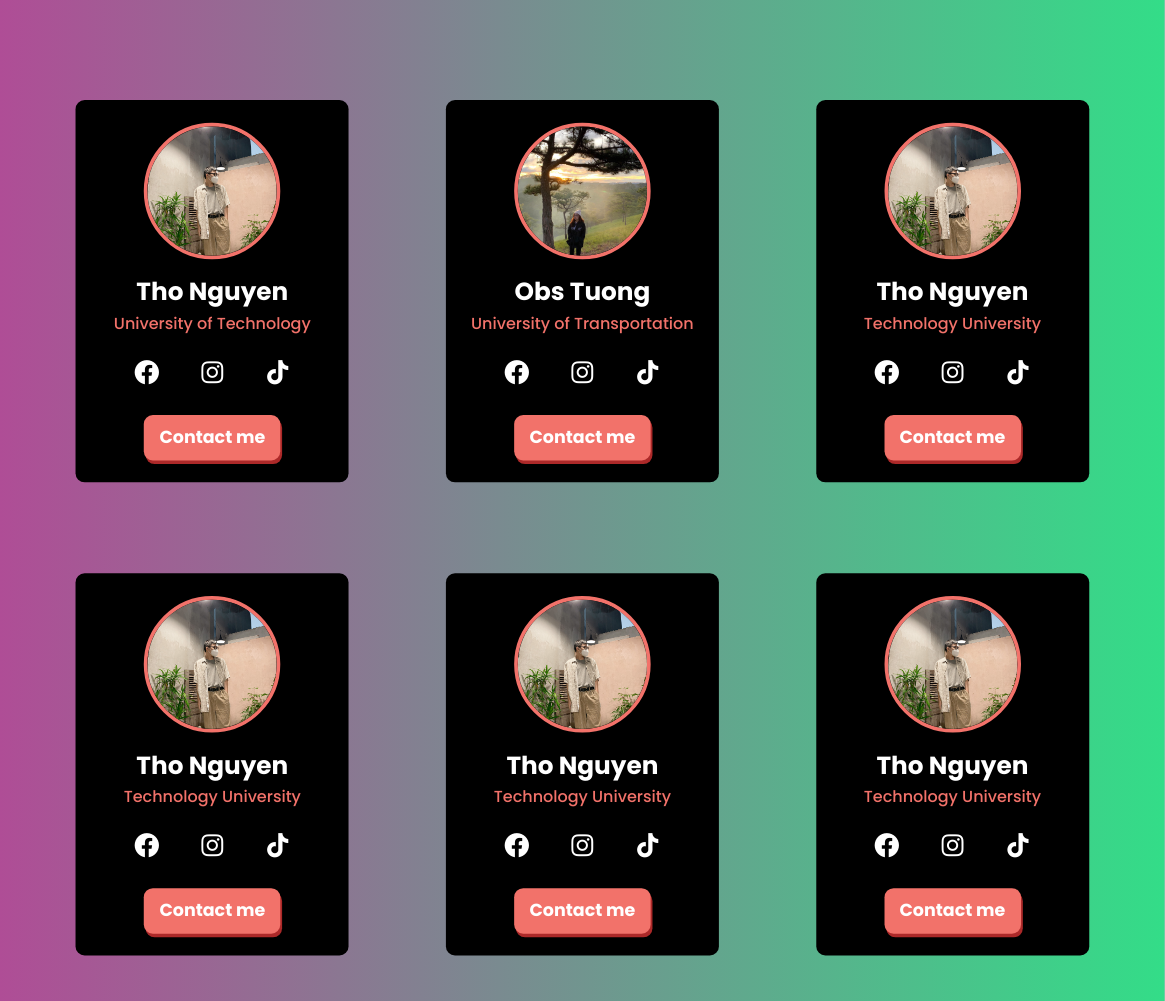
Repository: lausamtuong/profileCard
Page: index.html
An editor plug-in stored every save of this project. The page is shown before and after the next save, followed by the edit.
The browser window is 1280 px wide. The pictures show the whole page, at 91% of full size.
The style sheet was rebuilt from its Sass, Less or Tailwind sources for each picture, by a compiler version that may differ from the author's.

Above is the page before, as saved 2021-12-14 18:35:35.

### index.html
<!DOCTYPE html>
<html lang="en">
<head>
    <meta charset="UTF-8">
    <meta http-equiv="X-UA-Compatible" content="IE=edge">
    <meta name="viewport" content="width=device-width, initial-scale=1.0">
    <link rel="stylesheet" href="style.css">
    <link href="https://fonts.googleapis.com/css2?family=Lato:ital,wght@1,700;1,900&family=Poppins:wght@400;500;700&display=swap" rel="stylesheet">
    <link href='https://unpkg.com/boxicons@2.1.1/css/boxicons.min.css' rel='stylesheet'>

    <title>Document</title>
</head>
<body background="snow.jpg">
    <div class="card__list">
        <div class="card__item">

            <div class="card__image">
                <img src="tho.jpg" alt="">
            </div>
            <div class="card__name">Tho Nguyen</div>
            <div class="card__school">University of Technology </div>
            <div class="card__social">
                <a href="https://www.facebook.com/profile.php?id=100013469562736">
                    <i class='bx bxl-facebook-circle'></i>
                </a>
                <a href="https://www.instagram.com/huutho_0809/"> <i class='bx bxl-instagram' ></i></a>
                <a href="https://www.tiktok.com/@05ulu05?"> <i class='bx bxl-tiktok'></i></a>

            </div>
            <div class="card__btn">Contact me</div>
        </div>
        <div class="card__item">

            <div class="card__image">
                <img src="uyen.jpg" alt="">
            </div>
            <div class="card__name">Obs Tuong</div>
            <div class="card__school">University of Transportation </div>
            <div class="card__social">
                <a href="https://www.facebook.com/minhuyen.truong.75">
                    <i class='bx bxl-facebook-circle'></i>
                </a>
                <a href="https://www.instagram.com/minh_ieng/"> <i class='bx bxl-instagram' ></i></a>
                <a href="https://www.tiktok.com/@05ulu05?"> <i class='bx bxl-tiktok'></i></a>

            </div>
            <div class="card__btn">Contact me</div>
        </div>
        <div class="card__item">

            <div class="card__image">
                <img src="tho.jpg" alt="">
            </div>
            <div class="card__name">Tho Nguyen</div>
            <div class="card__school">Technology University</div>
            <div class="card__social">
                <a href="https://www.facebook.com/profile.php?id=100013469562736">
                    <i class='bx bxl-facebook-circle'></i>
                </a>
                <a href=""> <i class='bx bxl-instagram' ></i></a>
                <a href=""> <i class='bx bxl-tiktok'></i></a>

            </div>
            <div class="card__btn">Contact me</div>
        </div>
        <div class="card__item">

            <div class="card__image">
                <img src="tho.jpg" alt="">
            </div>
            <div class="card__name">Tho Nguyen</div>
            <div class="card__school">Technology University</div>
            <div class="card__social">
                <a href="https://www.facebook.com/profile.php?id=100013469562736">
                    <i class='bx bxl-facebook-circle'></i>
                </a>
                <a href=""> <i class='bx bxl-instagram' ></i></a>
                <a href=""> <i class='bx bxl-tiktok'></i></a>

            </div>
            <div class="card__btn">Contact me</div>
        </div>
        <div class="card__item">

            <div class="card__image">
                <img src="tho.jpg" alt="">
            </div>
            <div class="card__name">Tho Nguyen</div>
            <div class="card__school">Technology University</div>
            <div class="card__social">
                <a href="https://www.facebook.com/profile.php?id=100013469562736">
                    <i class='bx bxl-facebook-circle'></i>
                </a>
                <a href=""> <i class='bx bxl-instagram' ></i></a>
                <a href=""> <i class='bx bxl-tiktok'></i></a>

            </div>
            <div class="card__btn">Contact me</div>
        </div>
        <div class="card__item">

            <div class="card__image">
                <img src="tho.jpg" alt="">
            </div>
            <div class="card__name">Tho Nguyen</div>
            <div class="card__school">Technology University</div>
            <div class="card__social">
                <a href="https://www.facebook.com/profile.php?id=100013469562736">
                    <i class='bx bxl-facebook-circle'></i>
                </a>
                <a href=""> <i class='bx bxl-instagram' ></i></a>
                <a href=""> <i class='bx bxl-tiktok'></i></a>

            </div>
            <div class="card__btn">Contact me</div>
        </div>


    </div>
</body>
</html>

### style.scss
*{
    margin: 0;
    padding: 0;
    box-sizing: border-box;
}
html{
    font-family: 'Poppins', sans-serif;
}
:root {
    --pink-color: #f2726a;
  }
body{
    height: 100vh;
    background-image: linear-gradient(to right, #af4d96, #3d8);
}
.card{

    &__list{
        margin: 120px auto;
      display: flex;
      flex-wrap: wrap;
      justify-content: space-around;
      margin: 60px 30px;

    }
    &__item{
        width:300px;
        height:420px;
        background-color: #000;
        margin: 50px 20px;
        border-radius: 10px;
    }
    &__image{
        width: 150px;
        height: 150px;
        overflow: hidden;
        transition: 0.25s;
        margin: 0 auto;
        transform: translateY(25px);
        border-radius: 50%;
        border: 4px solid var(--pink-color);

        cursor: pointer;
        &:hover{
            width: 100%;
            height: 100%;
            border-radius: unset;
            border: unset;
            transform: unset;
           img{
               border-radius: 10px;
           }
             }
        }
      &__name{
          color:#fff;
          font-weight: 700;
          font-size: 1.7rem;
          text-align: center;
          margin-top: 40px;
      }
      &__school{
          font-weight: 500;
          font-size: 1.1rem;
          text-align: center;
          color:var(--pink-color)
      }
      &__social{

          font-size: 2rem;
          display:flex;
          justify-content: center;
          margin:20px;
          a{
              margin: 0 20px;
              color:#fff;
          }
      }
      &__btn{
          width:150px;
          height: 50px;

          background-color:var(--pink-color);
          border-radius: 10px;
          margin:0 auto;
          margin-top: 20px;
          font-weight: 700;
          font-size: 1.2rem;
          text-align: center;
            padding-top:10px;
            color:#fff;
            box-shadow: 2px 4px 0 0 rgb(172, 41, 41);
            cursor:pointer;
            &:hover{
                opacity:0.9;
            }
            &:active{
                transform: translateY(2px) ;
                box-shadow: 2px 2px 0 0 rgb(172, 41, 41);
            }
      }
    }
img{
        width: 100%;
        height: 100%;
        object-fit: cover;
        object-position: center;
    }

.card__image:hover  ~.card__name,
.card__image:hover ~.card__school,
.card__image:hover ~.card__social,
.card__image:hover ~.card__btn
{
    display:none;
}

After the next save:
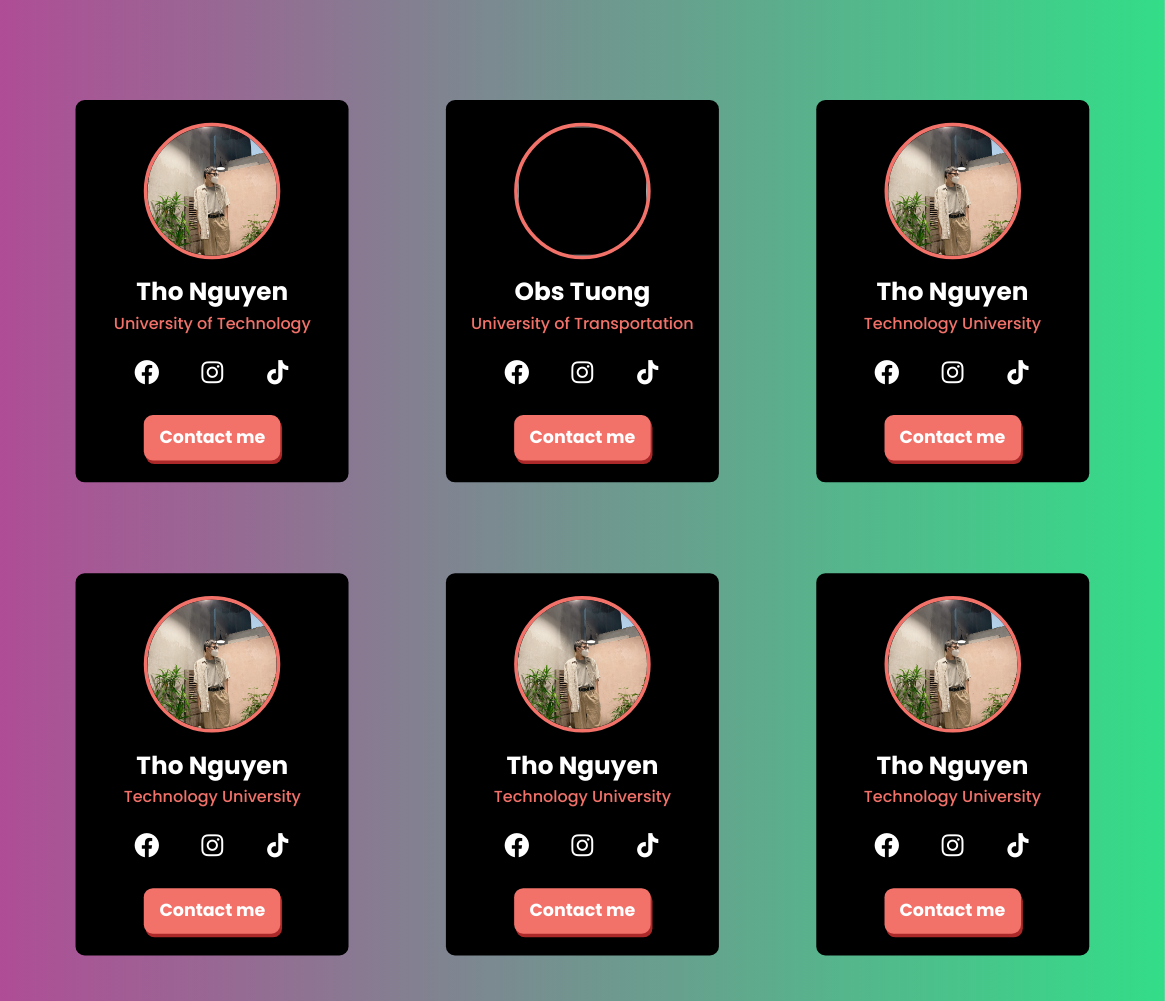
Not found: tuon<i class=
Saved 4 s later.
--- a/index.html
+++ b/index.html
@@ -32,7 +32,7 @@
         <div class="card__item">
 
             <div class="card__image">
-                <img src="uyen.jpg" alt="">
+                <img src="tuon<i class="fa fa-gamepad" aria-hidden="true"></i>.jpg" alt="">
             </div>
             <div class="card__name">Obs Tuong</div>
             <div class="card__school">University of Transportation </div>

After the save that followed:
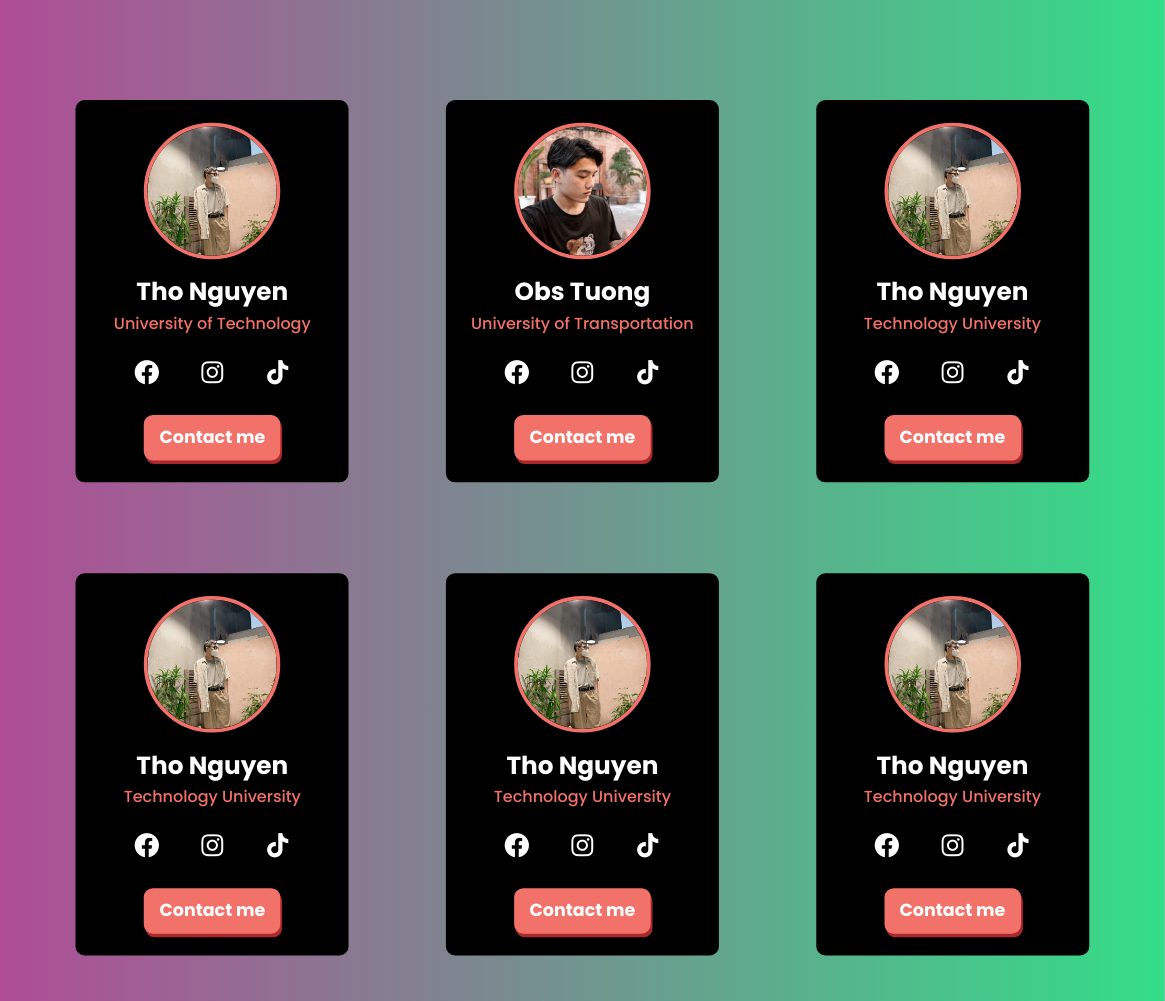
Saved 6 s later.
--- a/index.html
+++ b/index.html
@@ -32,7 +32,7 @@
         <div class="card__item">
 
             <div class="card__image">
-                <img src="tuon<i class="fa fa-gamepad" aria-hidden="true"></i>.jpg" alt="">
+                <img src="tuong.jpg" alt="">
             </div>
             <div class="card__name">Obs Tuong</div>
             <div class="card__school">University of Transportation </div>
